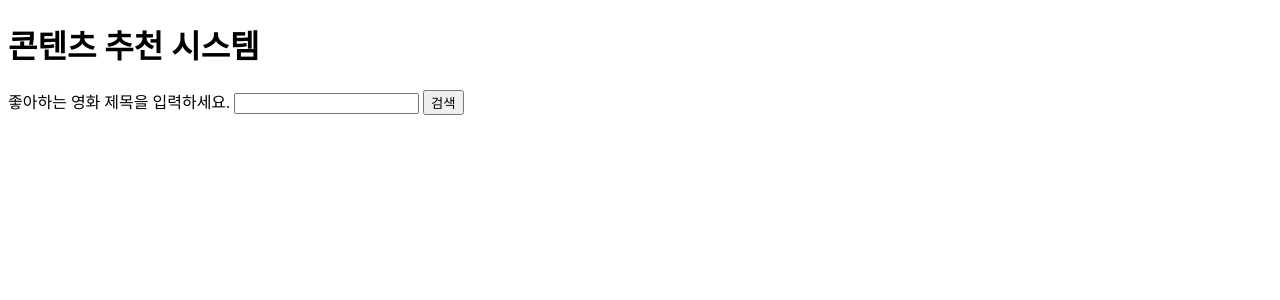
Repository: Jang-DongJoo/skku_project
Page: http://localhost/Recommend/main.jsp
These files come from the project's save history. The page is drawn as it stood at one moment and after the next save; the edit follows.
The browser window is 1280 px wide. The pictures show the whole page.
The page is served by Tomcat 9. Other server files are loaded and not shown.

Above is the page before, as saved 2020-04-14 13:44:17.

### Recommend/WebContent/main.jsp
<%@ page language="java" contentType="text/html; charset=UTF-8"
	pageEncoding="UTF-8"%>
<%@ page trimDirectiveWhitespaces="true"%>
<!DOCTYPE html>
<html>
<head>
<meta charset="UTF-8">
<title>Recommend System</title>
</head>
<body>
	<h1>콘텐츠 추천 시스템</h1>
	<form method="get" action="">
		<label for="title">좋아하는 영화 제목을 입력하세요.</label> <input type="text"
			name="title" id="title">
		<button type="submit">검색</button>
	</form>
</body>
</html>

After the next save:
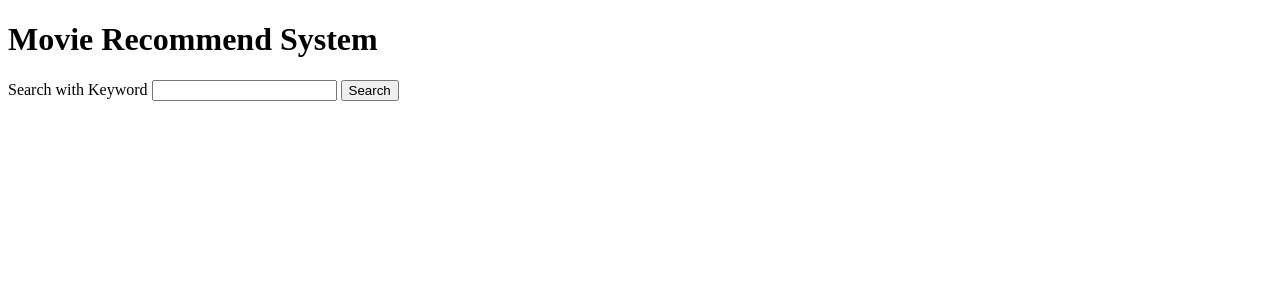
Saved 2 days later.
--- a/Recommend/WebContent/main.jsp
+++ b/Recommend/WebContent/main.jsp
@@ -8,11 +8,11 @@
 <title>Recommend System</title>
 </head>
 <body>
-	<h1>콘텐츠 추천 시스템</h1>
+	<h1>Movie Recommend System</h1>
 	<form method="get" action="">
-		<label for="title">좋아하는 영화 제목을 입력하세요.</label> <input type="text"
+		<label for="title">Search with Keyword</label> <input type="text"
 			name="title" id="title">
-		<button type="submit">검색</button>
+		<button type="submit">Search</button>
 	</form>
 </body>
 </html>
